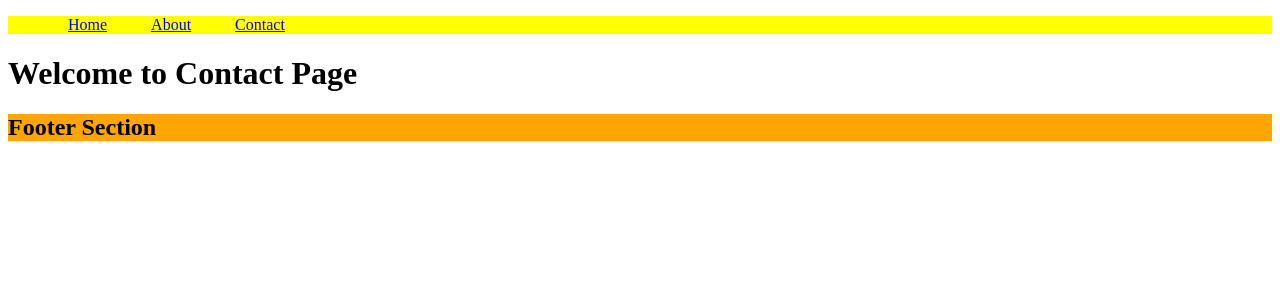
Repository: mofrey-max/clc-second
Page: contact.html
These files come from the project's save history. The page is drawn as it stood at one moment and after the next save; the edit follows.
The browser window is 1280 px wide. The pictures show the whole page.

Above is the page before, as saved 2020-05-20 10:35:09.

After the next save:
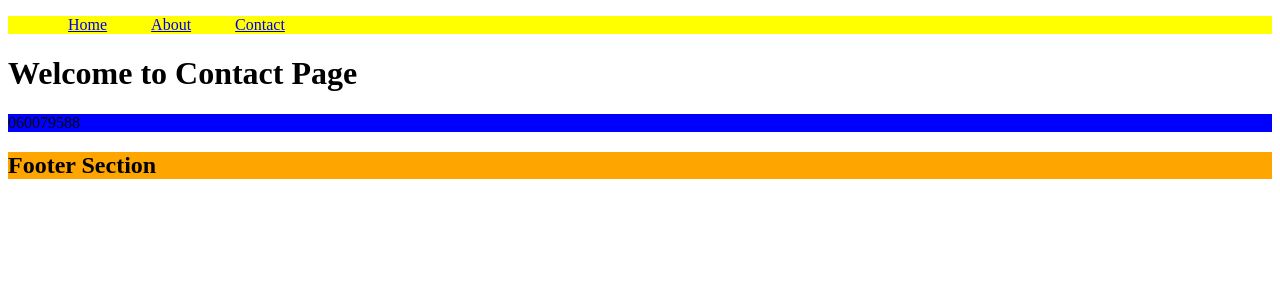
Saved 42 s later.
--- a/contact.html
+++ b/contact.html
@@ -26,6 +26,10 @@ li{
 </ul>
 </nav>
 <h1>Welcome to Contact Page</h1>
+<div style="background-color:blue" height="100px" color="white" width="100px">
+<p> 060079588 </p>
+
+</div>
 <div style="background-color:orange">
 <h2>Footer Section</h2>
 </div>
